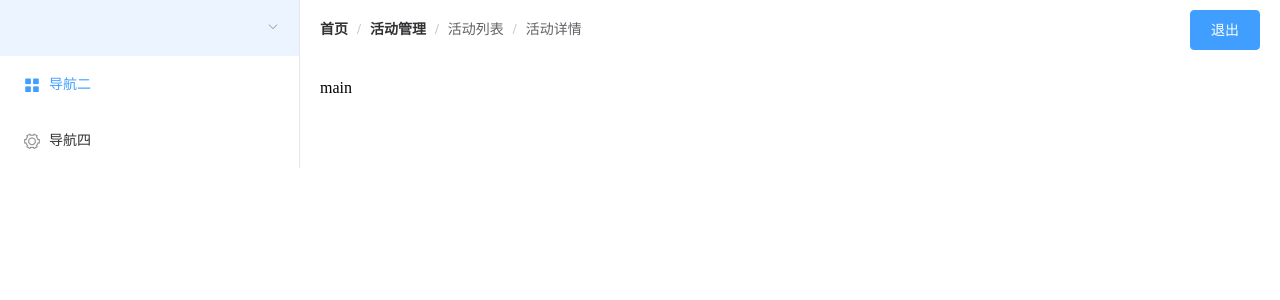
Repository: code1379/vue2-element
Page: / (app in element-admin/)
The author's editor kept a copy of each file at every save. The page is drawn from the files as they stood at one save, then again after the next save.
The browser window is 1280 px wide. The pictures show the whole page.
The project was rebuilt for these pictures with package versions that can differ from the ones it lists, and the page was loaded fresh each time. Also part of the build but not shown: element-admin/vue.config.js.

Above is the page before, as saved 2021-06-14 22:22:54.

After the next save:
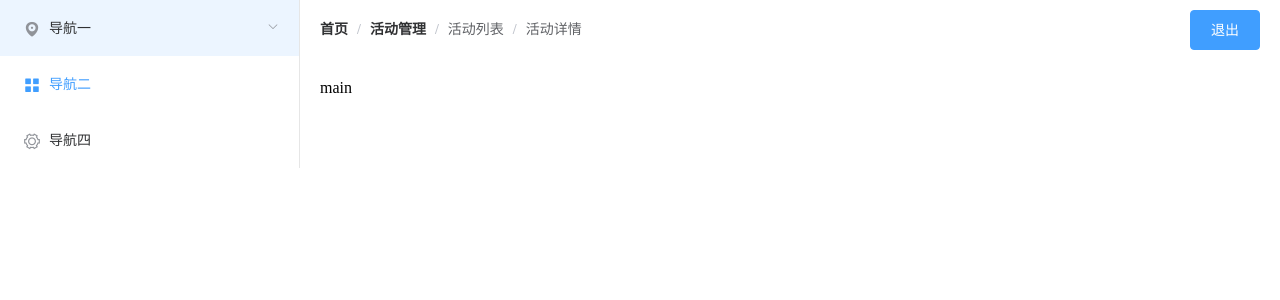
Saved 16 s later.
--- a/element-admin/src/views/home/Home.vue
+++ b/element-admin/src/views/home/Home.vue
@@ -6,6 +6,10 @@
       <el-menu default-active="2" class="el-menu-vertical-demo">
         <!-- 有子导航，我们使用 el-submenu -->
         <el-submenu index="1">
+          <template slot="title">
+            <i class="el-icon-location"></i>
+            <span>导航一</span>
+          </template>
           <el-submenu index="1-4">
             <template slot="title">选项4</template>
             <el-menu-item index="1-4-1">选项1</el-menu-item>
